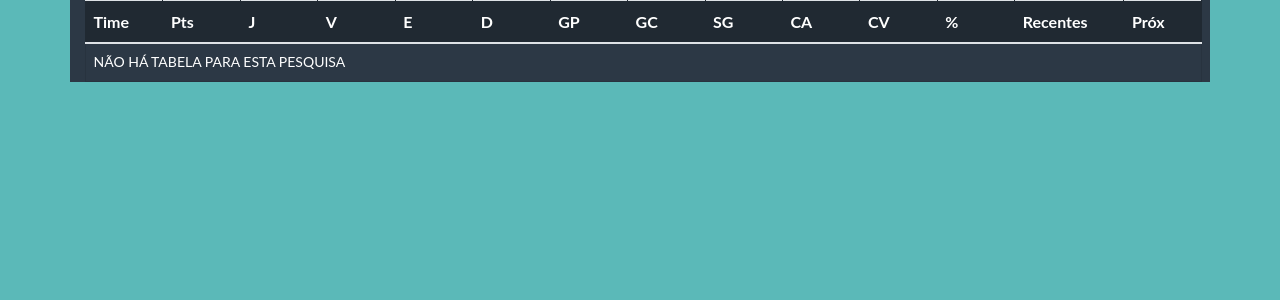
Repository: danielvieira7/campeonato-brasileiro-embed
Page: index.html
An editor plug-in stored every save of this project. The page is shown before and after the next save, followed by the edit.
The browser window is 1280 px wide. The pictures show the whole page.
The page's requests for data from a server got no answer. Some web libraries are served in a nearby version.

Above is the page before, as saved 2021-02-12 00:21:31.

After the next save:
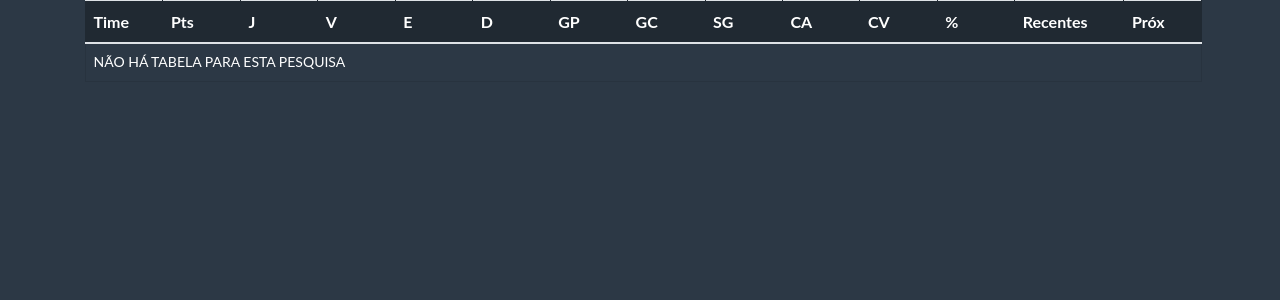
Saved 11 s later.
--- a/style-dark-theme.css
+++ b/style-dark-theme.css
@@ -13,7 +13,7 @@ html {
 }
 
 body {
-    background-color: #5BB9B8;
+    background-color: #2C3845;
     line-height: 1.6;
     -webkit-font-smoothing: antialiased;
     color: #fff;
